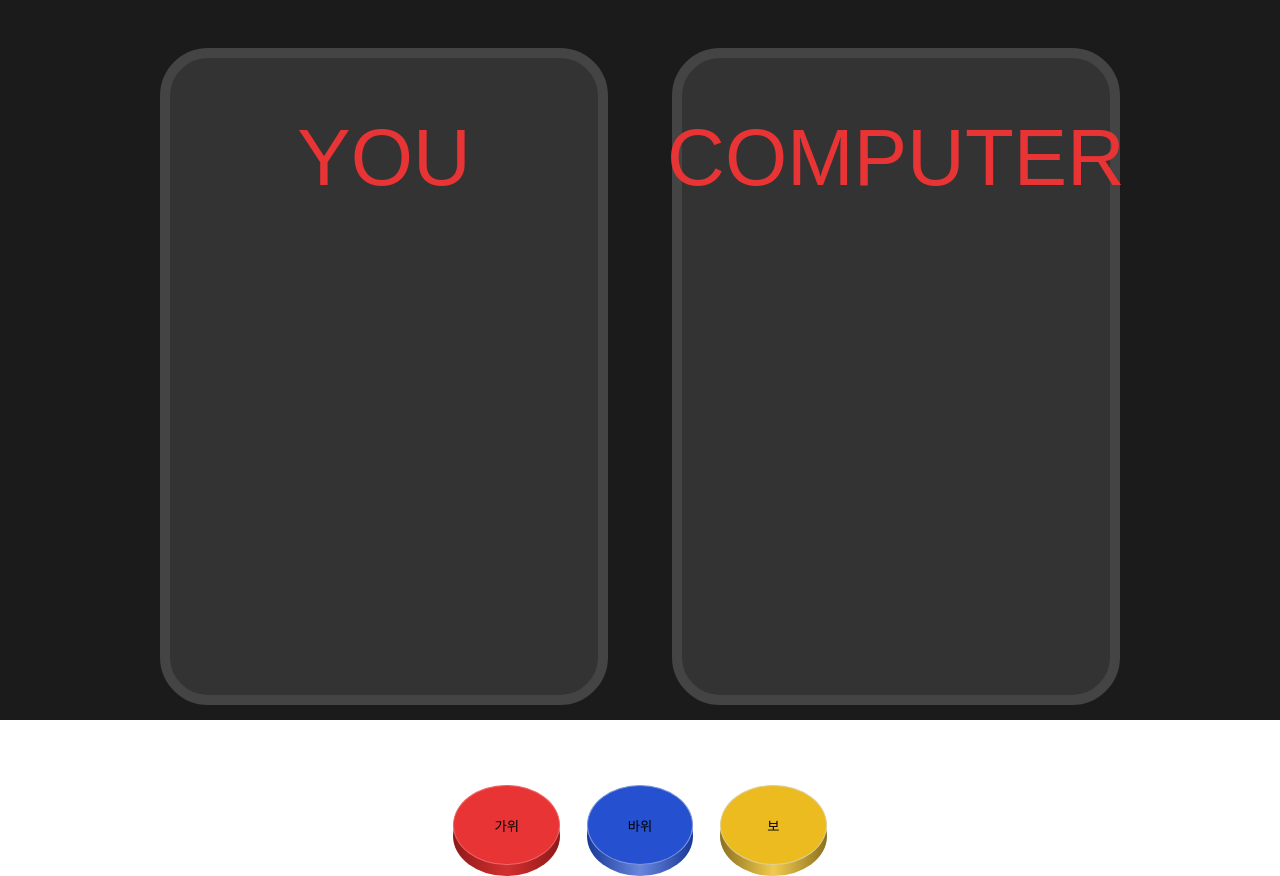
Repository: KIMMIHYE12/classComponent
Page: /
These files come from the project's save history. The page is drawn as it stood at one moment and after the next save; the edit follows.
The browser window is 1280 px wide. The pictures show the whole page.
Some web fonts or font styles are not loaded; a fallback is used. The project was rebuilt for these pictures with package versions that can differ from the ones it lists, and the page was loaded fresh each time.

Above is the page before, as saved 2024-03-19 22:11:33.

### src/App.js
import { object } from "prop-types";
import { useState } from "react";
import "./App.css";
import { Box } from "./component/Box";

const choice = {
  scissors: {
    name: "Scissors",
    img: "/images/scissors.png",
    describe: "가위 이미지",
  },
  rock: {
    name: "Rock",
    img: "/images/rock.png",
    describe: "바위 이미지",
  },
  paper: {
    name: "Paper",
    img: "/images/paper.png",
    describe: "보 이미지",
  },
};

function App() {
  const [userSelect, setUserSelect] = useState(null);
  const [computerSelect, setComputerSelect] = useState(null);
  const [result, setResult] = useState("");

  const play = (userChoice) => {
    setUserSelect(choice[userChoice]);
    let computerChoice = remdomChoice();
    setComputerSelect(computerChoice);
    setResult(judgement(choice[userChoice], computerChoice));
  };

  const remdomChoice = () => {
    let itemArray = Object.keys(choice);
    let randomItem = Math.floor(Math.random() * itemArray.length);
    let final = itemArray[randomItem];
    return choice[final];
  };

  const judgement = (user, computer) => {
    if (user.name == computer.name) {
      return "Tie";
    } else if (user.name == "Scissors")
      return computer.name == "Paper" ? "Win" : "Lose";
    else if (user.name == "Rock")
      return computer.name == "Scissors" ? "Win" : "Lose";
    else if (user.name == "Paper")
      return computer.name == "Rock" ? "Win" : "Lose";
  };

  return (
    <div className='content'>
      <div className='game_screen'>
        <Box title='YOU' item={userSelect} result={result} />
        <Box title='COMPUTER' item={computerSelect} result={result} />
      </div>
      <div className='btn_wrap'>
        <button
          className='scissors'
          onClick={() => {
            play("scissors");
          }}
        >
          가위
        </button>
        <button
          className='rock'
          onClick={() => {
            play("rock");
          }}
        >
          바위
        </button>
        <button
          className='paper'
          onClick={() => {
            play("paper");
          }}
        >
          보
        </button>
      </div>
    </div>
  );
}

export default App;

### src/App.css
@import url("https://use.typekit.net/ebb2deg.css");

* {
  box-sizing: border-box;
}

.content {
  height: 100vh;
  padding: 3em 0;
  background-color: #1b1b1b;
}

.game_screen {
  width: 100%;
  display: flex;
  justify-content: center;
}

.box {
  width: 35%;
  display: flex;
  flex-direction: column;
  align-items: center;
  margin: 0 2em;
  border: 10px solid #444;
  background: #333;
  border-radius: 3rem;
}

.neon {
  border: 10px solid #fff;
  box-shadow: 0 0 10px #fff, 0 0 10px #fff, 0 0 24px #f5b70c, 0 0 16px #f5b70c,
    0 0 24px #f5b70c, inset 0 0 10px #f5b70c;
}

h1 {
  font-size: 5em;
  color: #e83435;
  font-family: "gloridot", sans-serif;
  font-weight: 400;
  font-style: normal;
}

h2 {
  height: 2em;
  font-size: 2em;
  color: #e83435;
  font-family: "gloridot", sans-serif;
  font-weight: 400;
  font-style: normal;
  letter-spacing: 0.3rem;
}

.img_wrap {
  width: 70%;
  height: 0;
  padding-bottom: 75%;
}

img {
  width: 100%;
}

.btn_wrap {
  position: relative;
  margin-top: 5em;
  display: flex;
  justify-content: center;
  z-index: 1;
}

.btn_wrap button {
  position: relative;
  width: 8em;
  height: 6em;
  margin: 0 1em;
  border-radius: 50%;
  top: 0;
  outline: 0;
}

.btn_wrap button.scissors {
  background-color: #e83435;
  border: 1px solid #ec6666;
}

.btn_wrap button.rock {
  background-color: #2551d1;
  border: 1px solid #8097dc;
}

.btn_wrap button.paper {
  background-color: #ebbb1f;
  border: 1px solid #dfcf98;
}

.btn_wrap button:before {
  width: 8em;
  height: 6em;
  display: inline-block;
  content: "";
  position: absolute;
  top: 10px;
  left: -1px;
  right: 0;
  background: red;
  border-radius: 50%;
  z-index: -1;
}

.btn_wrap button.scissors:before {
  background: linear-gradient(
    90deg,
    rgba(143, 25, 25, 1) 0%,
    rgba(212, 47, 48, 1) 50%,
    rgba(143, 25, 25, 1) 100%
  );
}

.btn_wrap button.rock:before {
  background: linear-gradient(
    90deg,
    rgba(23, 56, 152, 1) 0%,
    rgba(106, 135, 221, 1) 50%,
    rgba(23, 56, 152, 1) 100%
  );
}

.btn_wrap button.paper:before {
  background: linear-gradient(
    90deg,
    rgba(139, 113, 30, 1) 0%,
    rgba(241, 203, 80, 1) 50%,
    rgba(139, 113, 30, 1) 100%
  );
}

.btn_wrap button:active {
  top: 4px;
}

.btn_wrap button:active:before {
  top: 6px;
}

### src/component/Box.js
import React from "react";

export const Box = (props) => {
  let result;
  console.log("title", props.title);

  if (
    props.title === "COMPUTER" &&
    props.result !== "Tie" &&
    props.result !== ""
  ) {
    result = props.result == "Win" ? "Lose" : "Win";
  } else {
    result = props.result;
  }

  return (
    <div className={`box ${result == "Lose" || result == "" ? "" : "neon"}`}>
      <h1>{props.title}</h1>
      <div className='img_wrap'>
        <img
          src={props.item && props.item.img}
          alt={props.item && props.item.describe}
        />
      </div>

      <h2>{result}</h2>
    </div>
  );
};

Loaded but not shown: public/index.html (common file); src/index.js (common file); src/index.css (common file); src/reportWebVitals.js (common file)

After the next save:
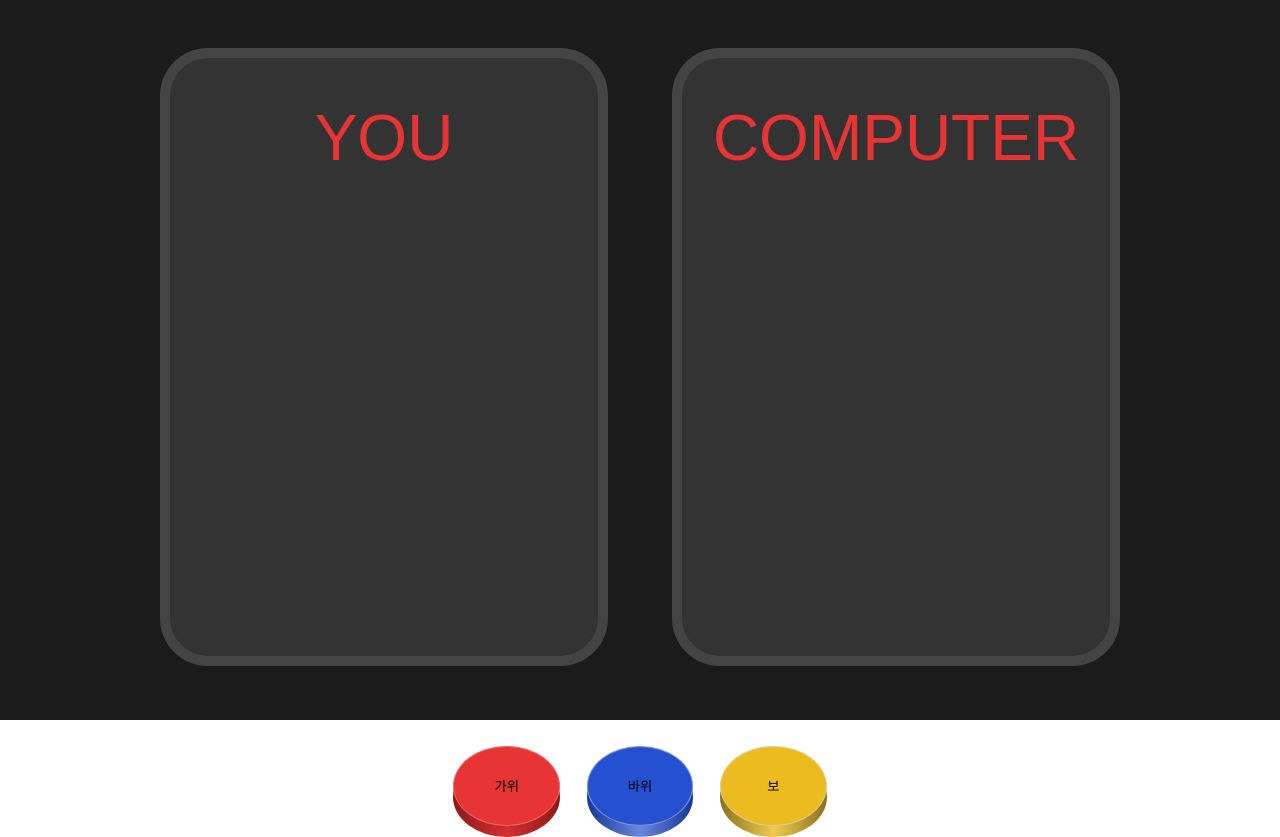
Saved 48 s later.
--- a/src/App.css
+++ b/src/App.css
@@ -34,7 +34,7 @@
 }
 
 h1 {
-  font-size: 5em;
+  font-size: 4em;
   color: #e83435;
   font-family: "gloridot", sans-serif;
   font-weight: 400;
